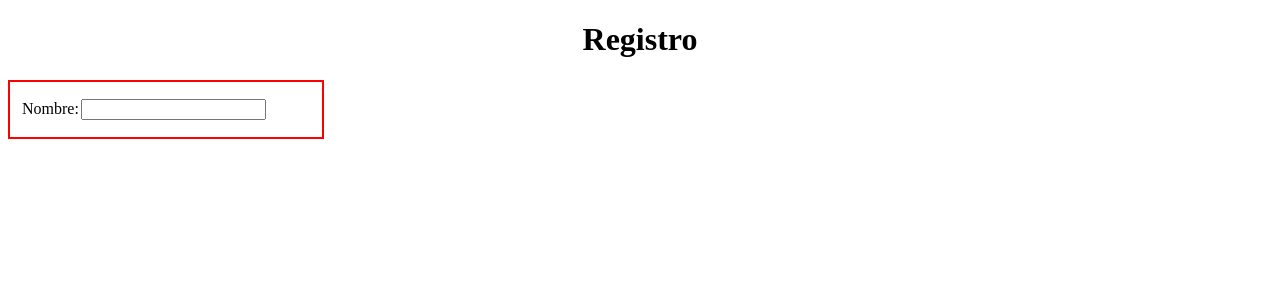
Repository: jchemile/varios
Page: pildoras_informaticas/javaee/Primeros_pasos_JSP/WebContent/Formuario_Login.html
The author's editor kept a copy of each file at every save. The page is drawn from the files as they stood at one save, then again after the next save.
The browser window is 1280 px wide. The pictures show the whole page.

Above is the page before, as saved 2020-04-20 05:02:28.

After the next save:
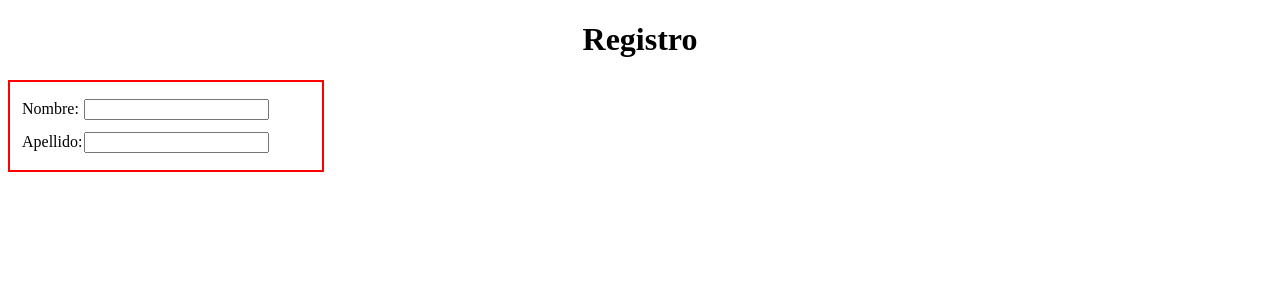
Saved 2 min 30 s later.
--- a/pildoras_informaticas/javaee/Primeros_pasos_JSP/WebContent/Formuario_Login.html
+++ b/pildoras_informaticas/javaee/Primeros_pasos_JSP/WebContent/Formuario_Login.html
@@ -27,9 +27,15 @@ td{
 <h1 style = "text-align:center">Registro</h1>
 <form action="" method = "get">
 	<table width="25%">
+
 	  <tr>
 		<td width="13%"><label for="nombre">Nombre: </label></td>
 		<td width="87%"><input type="text" name ="nombre" id = "nombre"></td>
+	  </tr>
+
+	  <tr>
+	  	<td><label for = "apellido">Apellido: </label></td>
+	  	<td><input type = "text" name = "apellido" id="apellido"></td>
 	  </tr>
 
 	</table>
